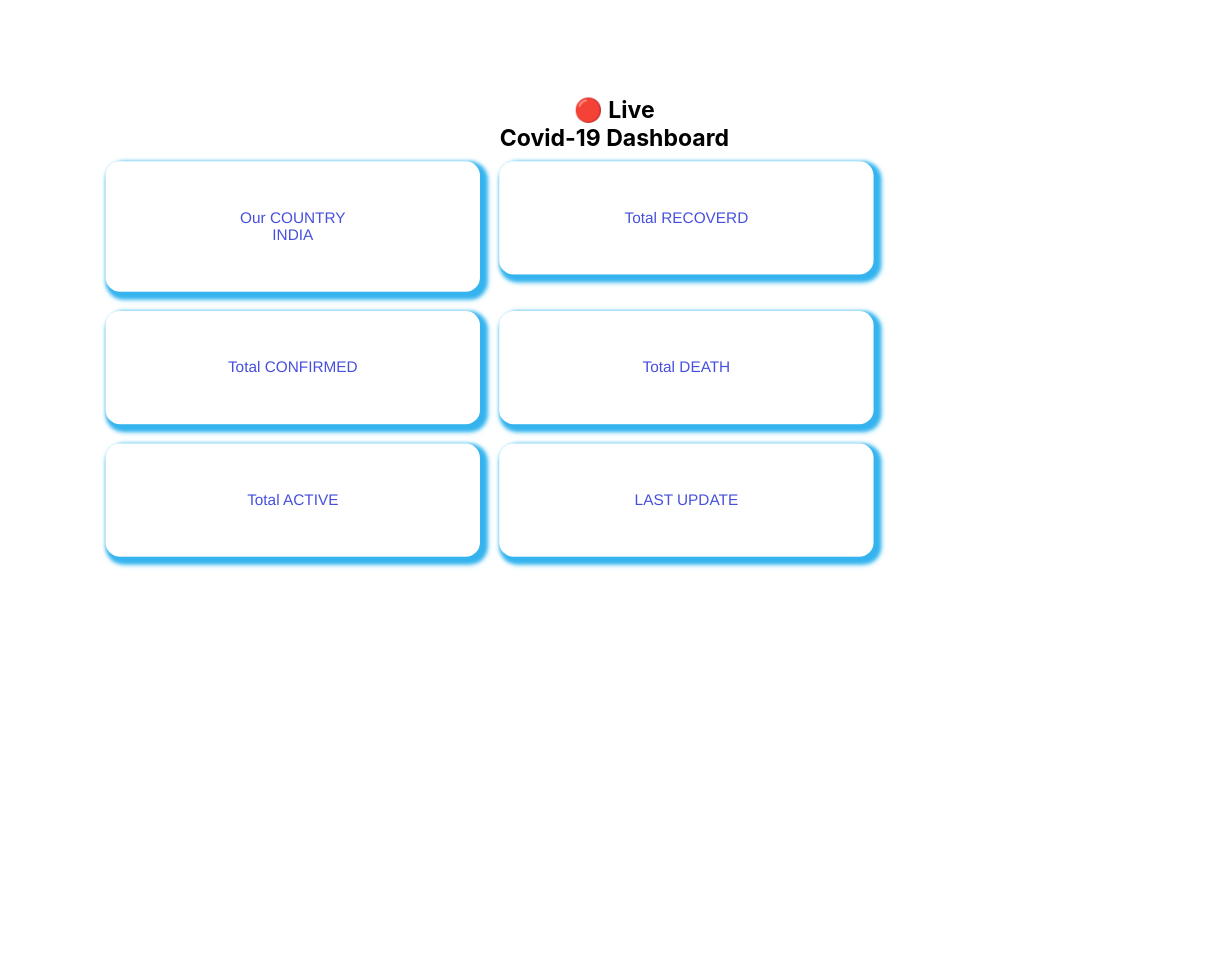
Repository: Aniketlamage/covid19-dashboard
Page: /
An editor plug-in stored every save of this project. The page is shown before and after the next save, followed by the edit.
The browser window is 1280 px wide. The pictures show the whole page, at 96% of full size.
The page's requests for data from a server got no answer. The project was rebuilt for these pictures with package versions that can differ from the ones it lists, and the page was loaded fresh each time. No one was signed in, and anything a server would have sent is missing.

Above is the page before, as saved 2021-09-30 20:49:37.

After the next save:
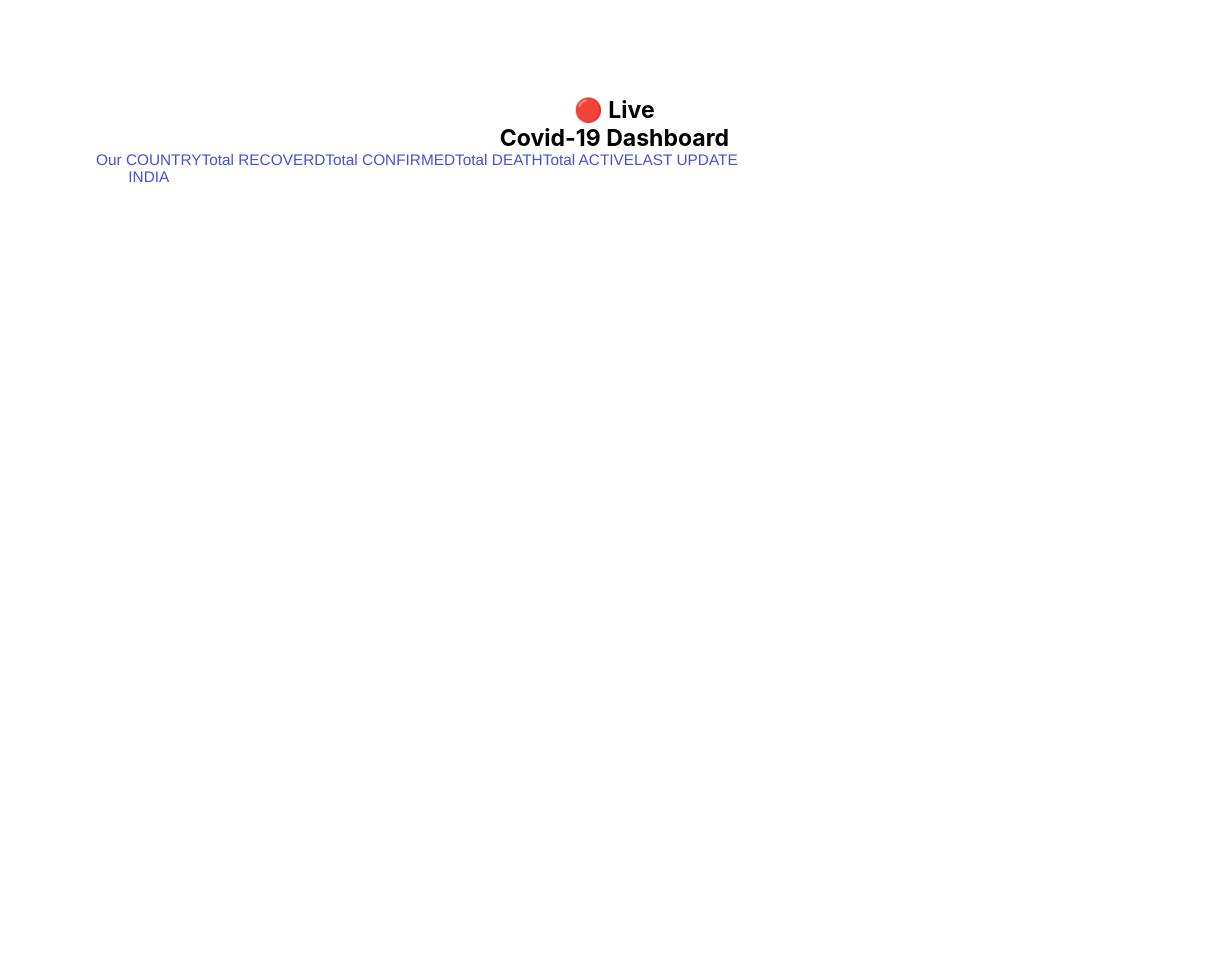
Saved 45 s later.
--- a/src/components/covid.css
+++ b/src/components/covid.css
@@ -29,7 +29,7 @@
     display: flex;
     flex-wrap: wrap;
 }
-div.card__main {
+div.card {
     /*background-color: white;*/
 
     border-radius: 15px;

After the save that followed:
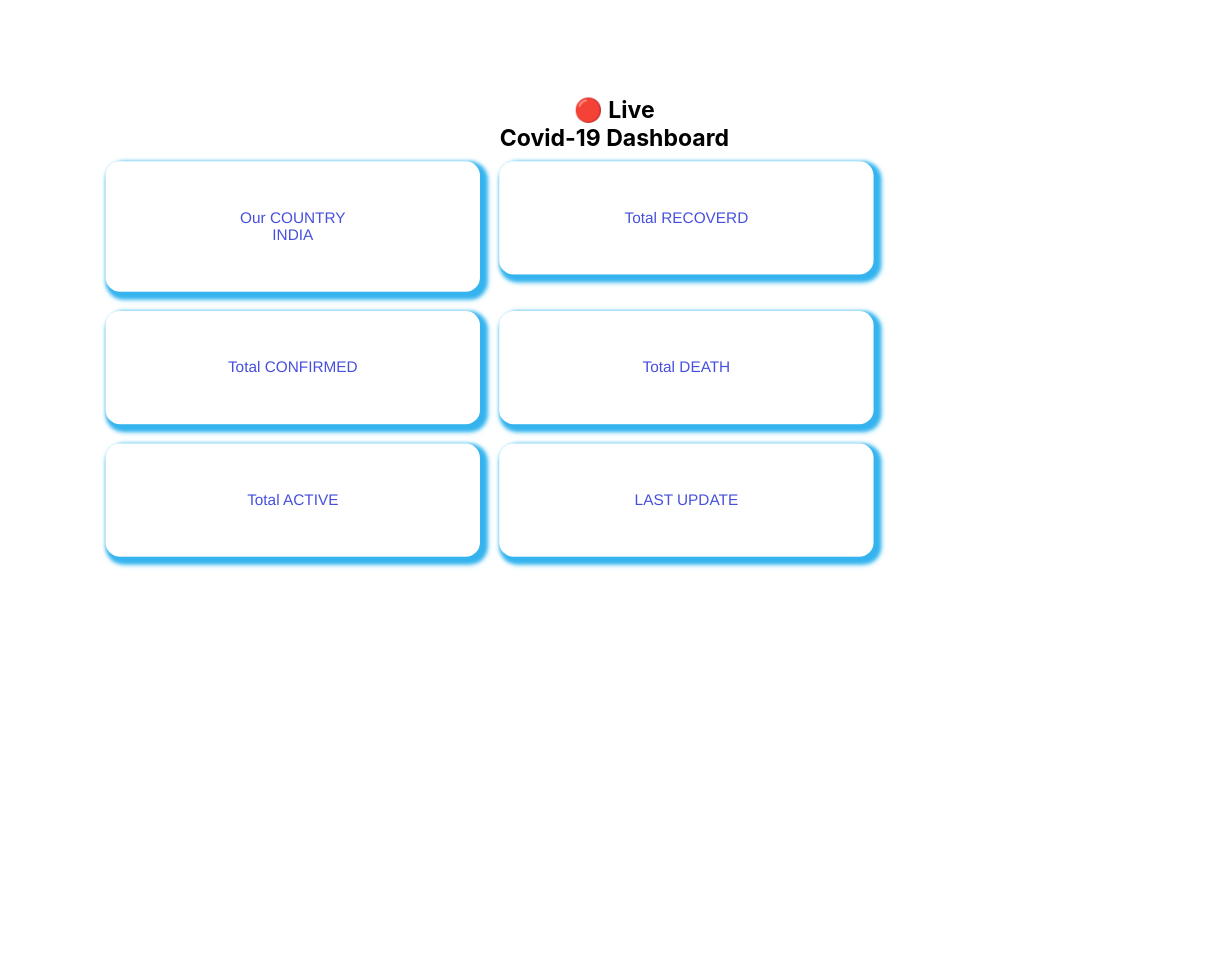
Saved 26 s later.
--- a/src/components/covid.css
+++ b/src/components/covid.css
@@ -29,7 +29,7 @@
     display: flex;
     flex-wrap: wrap;
 }
-div.card {
+div.card__inner{
     /*background-color: white;*/
 
     border-radius: 15px;
